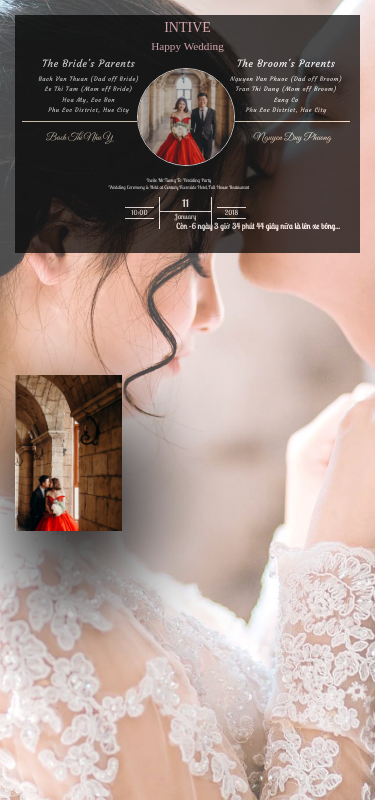
Repository: nguyenhuutuong999/WeddingOfSister
Page: wedding.html
These files come from the project's save history. The page is drawn as it stood at one moment and after the next save; the edit follows.
The browser window is 375 px wide. The pictures show the whole page.
Some web fonts or font styles are not loaded; a fallback is used.

Above is the page before, as saved 2019-09-16 21:07:21.

### wedding.html
<!doctype html>
<html>

<head>
    <meta charset="utf-8">
    <meta name="viewport" content="width=device-width, initial-scale=1">
    <title>Wedding</title>

    <!-- Latest compiled and minified CSS & JS -->

    <link rel="stylesheet" href="./style.css">


    <!-- Latest compiled and minified CSS & JS -->
    <link rel="stylesheet" media="screen" href="//netdna.bootstrapcdn.com/bootstrap/3.3.4/css/bootstrap.min.css">
    <script src="//code.jquery.com/jquery.js"></script>
    <script src="//netdna.bootstrapcdn.com/bootstrap/3.3.4/js/bootstrap.min.js"></script>

    <link rel="stylesheet" href="./animate.css">
    <script type="text/javascript" src="./wow.min.js"></script>
    <script>
        new WOW().init();
    </script>

</head>


<body>
    <div id="container">
        <div id="opacity-background"></div>

        <div id="album">

            <img name="image_vh" src="./images/vh1.jpg" class="wow slideInLeft" data-wow-duration="1s">
        </div>
        <div id="content">
            <h1 id="invite">INTIVE</h1>
            <h2 id="happy">Happy Wedding</h2>
            <div id="infor">
                <div id="bride" class="wedding">
                    <!-- // <label>Le Thi Thanh Ngan</label> -->
                    <h3>The Bride's Parents</h3>
                    <p>Bach Van Thuan (Dad off Bride)</p>
                    <p>Le Thi Tam (Mom off Bride)</p>
                    <p>Hoa My, Loc Bon</p>
                    <p>Phu Loc District, Hue City</p>

                </div>
                <div id="broom" class="wedding">
                    <!--  -->
                    <h3>The Broom's Parents</h3>
                    <p>Nguyen Van Phuoc (Dad off Broom)</p>
                    <p>Tran Thi Dung (Mom off Broom)</p>
                    <p>Lang Co</p>
                    <p>Phu Loc District, Hue City</p>

                </div>
                <!-- <canvas id="myCanvas" width="470" height="300"></canvas> -->

            </div>
            <div id="colorful">
                <h2 style="margin-left: 0px;" class="name">Bach Thi Nhu Y</h2>
                <img name="image_s" id="radius" src="./images/s1.jpg" class="wow zoomIn" data-wow-duration="1s" />
                <h2 style="margin-left: 0px;" class="name">Nguyen Duy Phuong</h2>
            </div>
            <div id="desc">
                <div style="color: white; position: relative; margin-top: 38%;">Invite Mr.Tuong To Wedding Party</div>
                <div id="place">Wedding Ceremony is Held at Century Riverside Hotel,Full House Restaurant</div>
                <div id="time">
                    <div id="hour" class="border1">10:00</div>
                    <div id="day-month">
                        <div id="day">11</div>
                        <div id="month">January</div>
                    </div>
                    <div id="year" class="border1">2018</div>
                </div>

            </div>
            <p id="countDown"></p>
        </div>

</body>

</html>
<script type="text/javascript">
    window.onload = function () {

        setTimeout("switchImageVH()", 3000);
        setTimeout("switchImageS()", 2000);
        setTimeout("switchImageHH()", 2000);
    }
    var current_vh = 1;
    var num_image_vh = 13;

    var current_s = 1;
    var num_image_s = 7

    var current_hh = 1;
    var num_image_hh = 9;

    function switchImageVH() {
        current_vh++;
        document.images['image_vh'].src = './images/vh' + current_vh + '.jpg';

        if (current_vh < num_image_vh) {
            setTimeout("switchImageVH()", 3000);

        } else if (current_vh == num_image_vh) {

            current_vh = 1;
            setTimeout("switchImageVH()", 3000);
        }


    }
    function switchImageS() {
        current_s++;
        document.images['image_s'].src = './images/s' + current_s + '.jpg';

        if (current_s < num_image_s) {
            setTimeout("switchImageS()", 4000);

        } else if (current_s == num_image_s) {
            current_s = 1;
            setTimeout("switchImageS()", 4000);
        }
    }
    function switchImageHH() {
        current_hh++;
        document.images['image_s'].src = './images/s' + current_hh + '.jpg';

        if (current_hh < num_image_s) {
            setTimeout("switchImageS()", 4000);

        } else if (current_hh == num_image_s) {
            current_hh = 1;
            setTimeout("switchImageS()", 4000);
        }
    }


    var dateWedding = {

        date: 10,
        hour: 23,
        minutes: 59,
        second: 59,
    }

    setInterval(function () {
        var today = new Date();
        var date = "Còn " + (dateWedding.date - today.getDate()) + " ngày " + (dateWedding.hour - today.getHours()) + " giờ " + (dateWedding.minutes - today.getMinutes()) + " phút " + (dateWedding.second - today.getSeconds() + " giây nữa là lên xe bông...");
        document.getElementById("countDown").innerHTML = date;
    }, 1000);



    // var canvas = document.getElementById('myCanvas');
    // var context = canvas.getContext('2d');

    // // Xác đinh tâm là trọng tâm của Canvas
    // var x = canvas.width / 2;
    // var y = canvas.height / 2;

    // // bán kính 75px
    // var radius = 130;

    // // Góc bắt đầu là 1.1PI
    // var startAngle = 1.1 * Math.PI;

    // // Góc kết thúc là 1.9PI
    // var endAngle = 1.9 * Math.PI;

    // // Cùng chiều kim đồng hồ
    // var counterClockwise = false;

    // // Vẽ đường cung
    // context.beginPath();
    // context.arc(x, y, radius, startAngle, endAngle, counterClockwise);
    // context.lineWidth = 1.5;

    // // line color
    // context.strokeStyle = 'blanchedalmond';
    // context.stroke();


</script>

### style.css
@import url('https://fonts.googleapis.com/css?family=Great+Vibes&display=swap');
@import url('https://fonts.googleapis.com/css?family=Cookie&display=swap');
@import url('https://fonts.googleapis.com/css?family=Courgette&display=swap');
@import url('https://fonts.googleapis.com/css?family=Berkshire+Swash|Great+Vibes&display=swap');
@import url('https://fonts.googleapis.com/css?family=Lobster+Two&display=swap');
body,html{
    top:0;
    margin: 0;
    padding: 0;
    font-family: Impact, Haettenschweiler, 'Arial Narrow Bold', sans-serif;
    width: 100%;
    height: 100%;
}

#container{
    display: flex;
    background-image: url("./images/wedding6.jpg.png");
    background-repeat: repeat;
    background-size: cover;
    width: 100%;
    height: 100%;
    position: relative;
}
#opacity-background{

    position: absolute;
    top: 0;
    left: 0;
    width: 100%;
    height: 100%;
    background:white;
    opacity: 0.3;

}

#content{

    position: relative;
    background: rgb(0, 0, 0);
    opacity: 0.7;
    width: 59%;
    margin: 4% 1% 4% 0;

}
#album {
    width: 30%;
    position: relative;
    margin: 4% 1% 4% 4%;
}
#album img{

    width: 95%;
    box-shadow: 10px 50px 100px 10px black;
}

#invite{
    font-family: 'Berkshire Swash', cursive;
    color: pink;
    text-align: center;
    font-size: 40px;
}
#happy{
    font-family: 'Berkshire Swash', cursive;
    color: pink;
    text-align: center;
}
#infor{
    color: white;
    font-family: 'Courgette', cursive;
    font-size: 10px;
    display: flex;
    position: absolute;
    padding: 10px 50px;
    width: 100%;
}
.wedding{
    width: calc(100%/2);
    letter-spacing: 2px;
    text-align: center;
    line-height: 5px;
}
#colorful{
    color: white;
    font-family: 'Great Vibes', cursive;
    display: flex;
    margin-top: 0px;
    position: absolute;
    text-align: center;
    width: 95%;
    align-items: center;
    margin-top: 50px;
    margin-left: 2%;

}
.name{
    border-style: solid;
    border-width: 1px 0 0 0;
    padding:  20px 0;
    margin-top: 50px;
    color: blanchedalmond;
    width: 35%;
    font-size: 25px;
}
#radius{
    border-radius: 100%;
    border: solid 1.5px white;
    width: 30%;
}

#desc{
    position: relative;
    color: white;
    font-family: 'Lobster Two', cursive;
    font-size: 20px;
    margin-top: 00%;
    text-align: center;
    width: 95%;
}



#time{
    display: flex;
    position: relative;
    width: 40%;
    margin-left: 41%;
}
#hour{
    margin: 40px 5px;
}

#year{

    margin: 40px 5px;
}
.border1{
    border-style: solid;
    border-width: 0.1px 0;
    width: 50px;
}
#day-month{
    border-style: solid;
    border-width: 0 1.5px;
    width: 90px;
    margin: 20px 0;
}
#day{
    border-style: solid;
    border-width: 0 0 1px 0;
    width: 89px;

    font-size: 30px;
    font-weight: bold;
}
/* #myCanvas{
    position: absolute;
    margin-top: 110px;
    margin-left: 185px;


} */

#bride{
    margin-left: 10px;
}
#broom{
    margin-left: 200px;
}
#countDown{
    position: relative;
    font-family: 'Lobster Two', cursive;
    color: white;
    text-align: right;
    font-size: 20px;
    font-weight: bold;
    margin-top: 0%;

    padding: 20px;
}

@media only screen and (max-width: 600px) {

    #container{
        display: inline-block;
        background-image: url("./images/wedding5.jpg");
        background-repeat: repeat;
        background-size: cover;
        width: 100%;
        height: 100%;
        position: relative;
    }
    #invite{

        margin-top: 0px;
        padding: 5px;
        font-size: 1em;
    }
    #happy{
        font-size: 0.8em;
        margin-top: -10px;
    }
    #infor{
        margin-top: -30px;
        font-size: 5px;
        padding: 5px 10px;
    }
    .wedding h3{
        font-size: 10px;
    }
    .wedding{
        width: calc(100%);
        letter-spacing: 0.5px;
        font-size:6px;
        line-height: 0.5px;
    }
    #album img{

        width: 90%;
        box-shadow: 10px 50px 100px 10px black;
    }
    #bride{
        margin-left: 0px;
    }
    #broom{
        margin-left: 70px;
    }
    #colorful{
        width: 95%;
        margin-top: 5px;
        margin-left: 2%;

    }
    .name{
        padding:  10px 0;
        font-size: 10px;
    }
    #radius{
        border: solid 0.5px white;
    }

    #desc{
        position: relative;
        color: white;
        font-family: 'Lobster Two', cursive;
        font-size: 5px;
        margin-top: 30%;
        text-align: center;
        width: 95%;
    }

    #time{
        display: flex;
        position: relative;
        width: 40%;
        margin-left: 32%;
        margin-top: -30px;
        font-size: 7px;
    }
    #hour{
        margin: 45px 5px;
    }

    #year{

        margin: 45px 5px;
    }

    #day-month{
        border-width: 0 1px;
        width: 90px;
        margin: 35px 0;
    }
    #day{
        width: 100%;
        font-size: 10px;

    }
    #countDown{

        font-size: 8px;
        margin-top: -18%;

    }
    #content{

        position: relative;
        background: rgb(0, 0, 0);
        opacity: 0.7;
        width: 92%;
        margin: 4%;

    }
    #album {
        width: 30%;
        position: absolute;
        margin: 100% 1% 4% 4%;
    }
    #album img{

        width: 95%;
        box-shadow: 10px 50px 100px 10px black;
    }
  }

/* @media only screen and (max-width: 600px) {
    #invite{
        margin-top: 5px;
        font-size: 1em;
    }
    #happy{
        font-size: 0.8em;
        margin-top: -10px;
    }
    #infor{
        margin-top: -30px;
        font-size: 5px;
        padding: 5px 10px;
    }
    .wedding h3{
        font-size: 8px;
    }
    .wedding{
        width: calc(100%);
        letter-spacing: 0.5px;
        font-size:5px;
        line-height: 0.5px;
    }
    #album img{

        width: 90%;
        box-shadow: 10px 50px 100px 10px black;
    }
    #bride{
        margin-left: 0px;
    }
    #broom{
        margin-left: 70px;
    }
    #colorful{
        width: 95%;
        margin-top: 5px;
        margin-left: 2%;

    }
    .name{
        padding:  10px 0;
        font-size: 10px;
    }
    #radius{
        border: solid 0.5px white;
    }

    #desc{
        position: relative;
        color: white;
        font-family: 'Lobster Two', cursive;
        font-size: 5px;
        margin-top: 30%;
        text-align: center;
        width: 95%;
    }

    #time{
        display: flex;
        position: relative;
        width: 40%;
        margin-left: 32%;
        margin-top: -30px;
        font-size: 7px;
    }
    #hour{
        margin: 45px 5px;
    }

    #year{

        margin: 45px 5px;
    }

    #day-month{
        border-width: 0 1px;
        width: 90px;
        margin: 35px 0;
    }
    #day{
        width: 100%;
        font-size: 10px;

    }
    #countDown{

        font-size: 8px;
        margin-top: -18%;

    }#content{

        position: relative;
        background: rgb(0, 0, 0);
        opacity: 0.7;
        width: 61%;
        margin: 4% 1px 0% 0;

    }
    #album {
        width: 30%;
        position: relative;
        margin: 4% 1% 4% 4%;
    }
    #album img{

        width: 95%;
        box-shadow: 10px 50px 100px 10px black;
    }
  } */

Loaded but not shown: animate.css (library); wow.min.js (library)

After the next save:
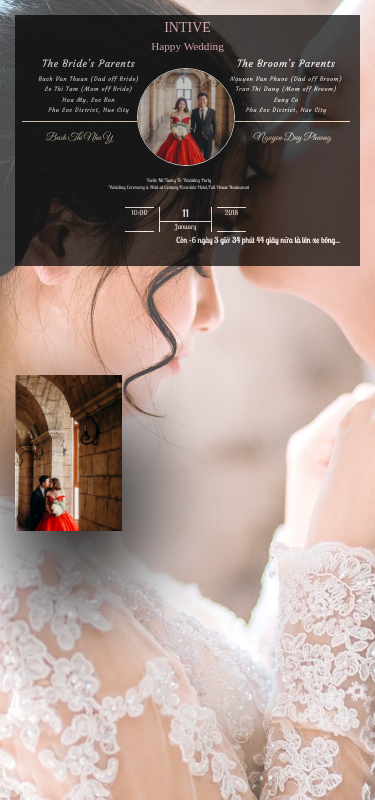
Saved 9 s later.
--- a/style.css
+++ b/style.css
@@ -268,7 +268,7 @@
     #day-month{
         border-width: 0 1px;
         width: 90px;
-        margin: 35px 0;
+        margin: 45px 0;
     }
     #day{
         width: 100%;

After the save that followed:
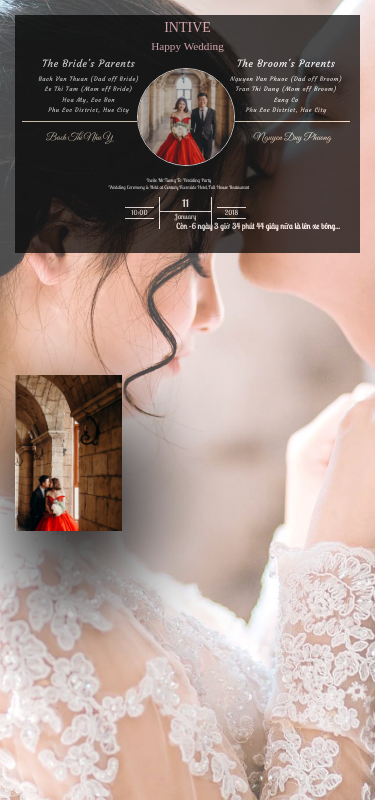
Saved 5 s later.
--- a/style.css
+++ b/style.css
@@ -268,7 +268,7 @@
     #day-month{
         border-width: 0 1px;
         width: 90px;
-        margin: 45px 0;
+        margin: 35px 0;
     }
     #day{
         width: 100%;
